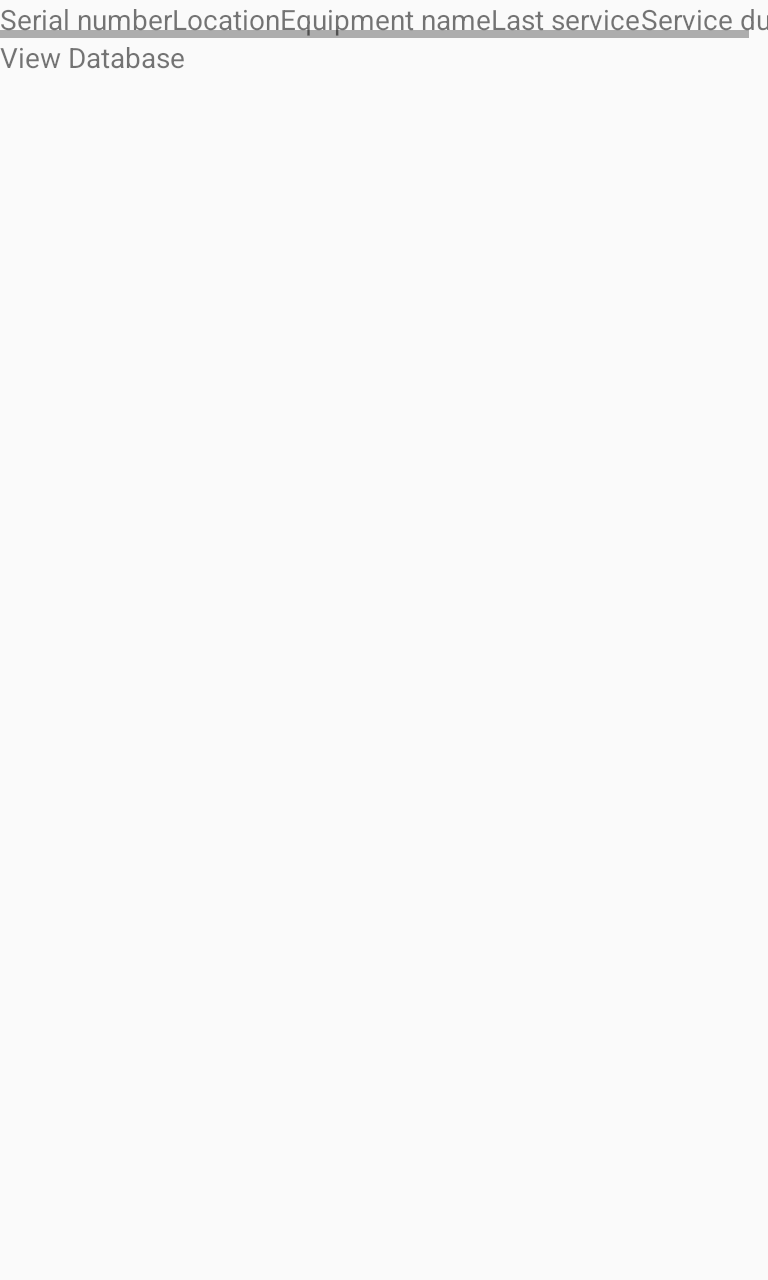
Repository: procmillie/AppKeepV9.12.14
Layout: StupidApp/res/layout/database_view123.xml
These files come from the project's save history. The layout is drawn as it stood at one moment and after the next save; the edit follows.
It is drawn on a 768 x 1280 px phone screen (xhdpi) without system bars, with theme AppTheme; the app's code is not run.

Above is the layout before, as saved 2014-11-23 17:30:48.

After the next save:
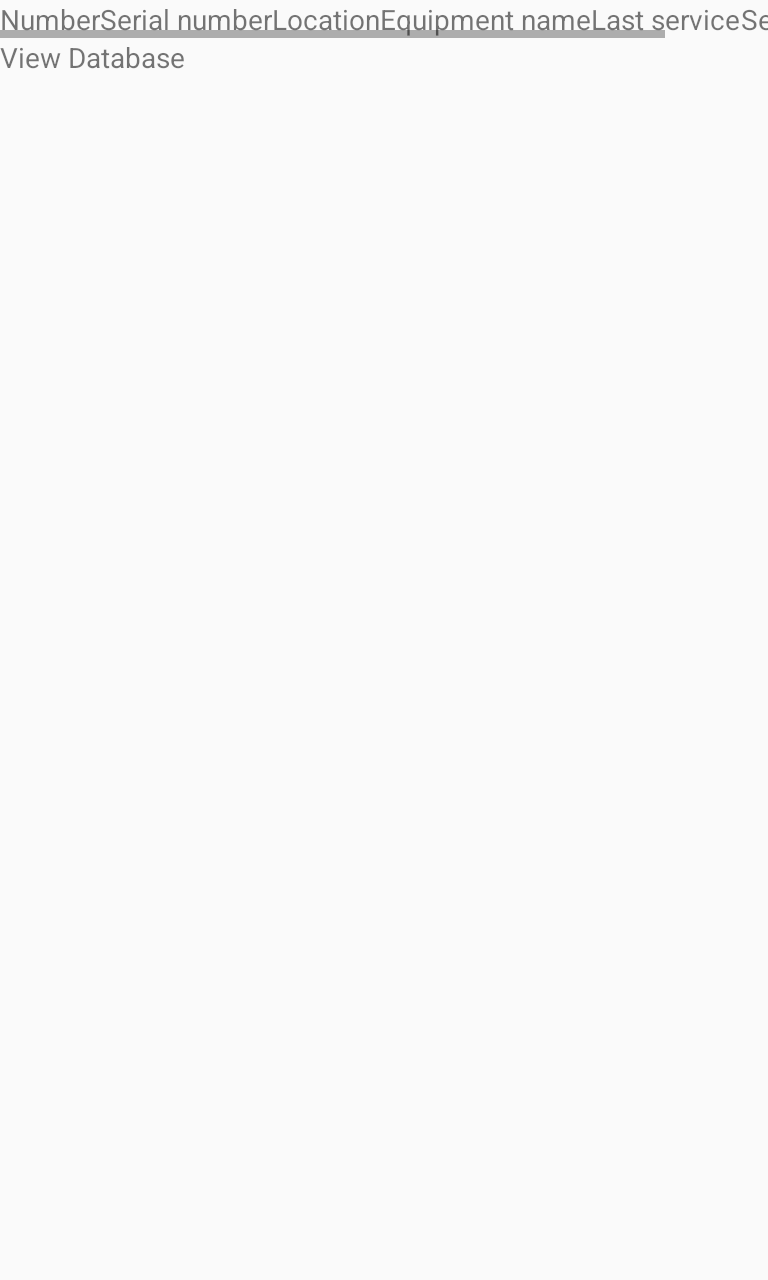
Saved 4 min 19 s later.
--- a/StupidApp/res/layout/database_view123.xml
+++ b/StupidApp/res/layout/database_view123.xml
@@ -18,6 +18,9 @@
         android:scrollbars="horizontal|vertical" >
 
         <TableRow android:id="@+id/tableRow1">
+              <TextView  android:text="@string/num" 	 android:layout_width="match_parent"   android:layout_height="match_parent"
+                  android:layout_weight="1"/>
+
               <TextView  android:text="@string/serial_num" 	 android:layout_width="match_parent"   android:layout_height="match_parent"
                   android:layout_weight="1"/>
 
--- a/StupidApp/res/values/strings.xml
+++ b/StupidApp/res/values/strings.xml
@@ -19,6 +19,7 @@
     <string name="set_reminder">Set Reminder</string>
 
     <string name="view_database">View Database</string>
+    <string name="num">Number</string>
 
     <!--  Manifest String names -->
     <string name="database_homescreen">Database Homescreen</string>
